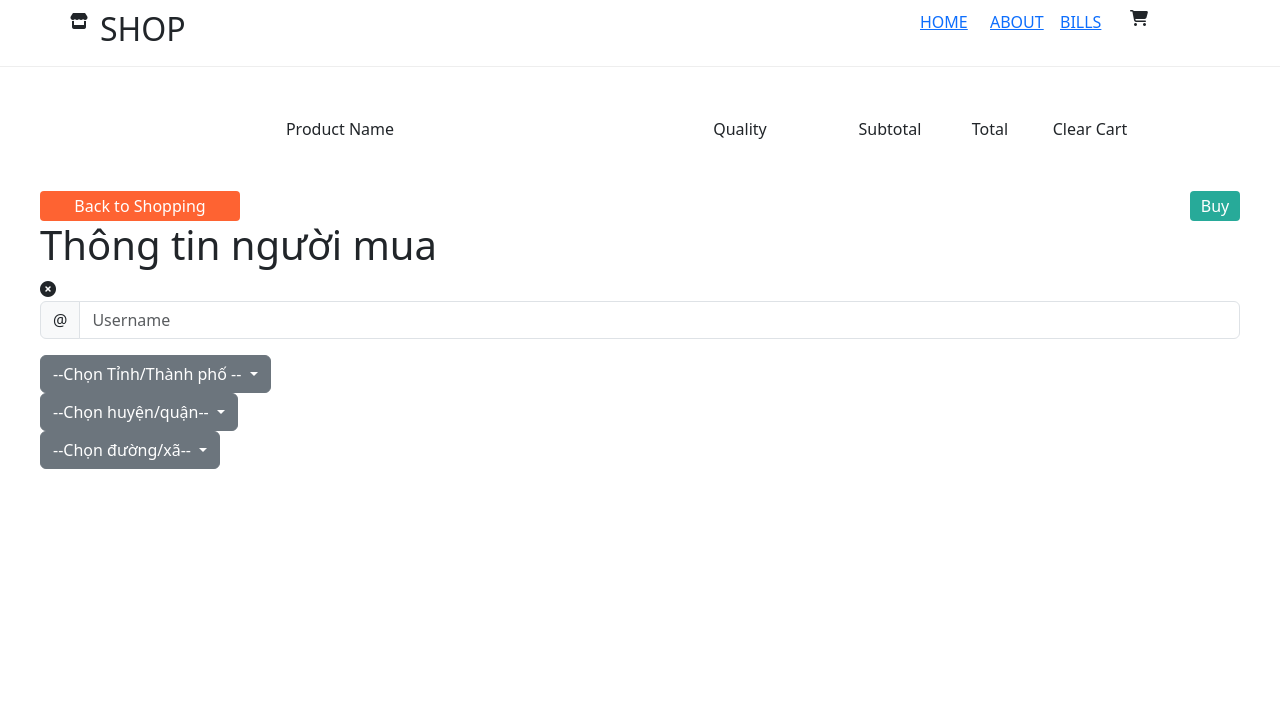
Repository: nguyenhaidang212/danh-sach-ban-hang
Page: index.html
The author's editor kept a copy of each file at every save. The page is drawn from the files as they stood at one save, then again after the next save.
The browser window is 1280 px wide. The pictures show the whole page.
Some web libraries are served in a nearby version.

Above is the page before, as saved 2023-02-10 14:39:31.

### index.html
<!DOCTYPE html>
<html lang="en">
  <head>
    <meta charset="UTF-8" />
    <meta http-equiv="X-UA-Compatible" content="IE=edge" />
    <meta name="viewport" content="width=device-width, initial-scale=1.0" />
    <title>Danh sach ban hang</title>
    <link rel="stylesheet" href="style.css" />
    <script
      src="https://kit.fontawesome.com/2568d54abe.js"
      crossorigin="anonymous"
    ></script>
    <link
      href="https://cdn.jsdelivr.net/npm/bootstrap@5.3.0-alpha1/dist/css/bootstrap.min.css"
      rel="stylesheet"
      integrity="sha384-GLhlTQ8iRABdZLl6O3oVMWSktQOp6b7In1Zl3/Jr59b6EGGoI1aFkw7cmDA6j6gD"
      crossorigin="anonymous"
    />
    <script
      src="https://cdn.jsdelivr.net/npm/bootstrap@5.3.0-alpha1/dist/js/bootstrap.bundle.min.js"
      integrity="sha384-w76AqPfDkMBDXo30jS1Sgez6pr3x5MlQ1ZAGC+nuZB+EYdgRZgiwxhTBTkF7CXvN"
      crossorigin="anonymous"
    ></script>
  </head>
  <body>
    <header>
      <div class="header-title">
        <i class="fas fa-store header-icon-title"></i>
        <h2>SHOP</h2>
      </div>
      <div class="header-menu">
        <div class="header-menu-home">
          <a href="">HOME</a>
        </div>
        <div class="header-menu-about">
          <a href="">ABOUT</a>
        </div>
        <div class="header-menu-bill">
          <a href="">BILLS</a>
        </div>
        <i class="fas fa-shopping-cart buy_display"></i>
      </div>
    </header>

    <!-- Trang giao dien -->
    <main class="main_menu" style="display: none">
      <div class="list"></div>
    </main>
    <!-- Trang danh sach -->
    <main class="main_buy">
      <div class="title">
        <span>Product Name</span><span>Quality</span><span>Subtotal</span
        ><span>Total</span><span>Clear Cart</span>
      </div>
      <div class="buy">
        <button id="back">Back to Shopping</button>
        <button id="buy">Buy</button>
      </div>

      <!-- Trang thanh toan -->
      <div class="buy_form">
        <div class="form_title">
          <h1>Thông tin người mua</h1>
          <i class="fa-solid fa-circle-xmark"></i>
        </div>
        <div class="form_content">
          <div class="form_grid">
            <!-- <div id="name">Họ và tên</div>
            <input type="text" placeholder="Họ" />
            <input type="text" placeholder="Tên" />
            <div id="email">Email</div>
            <input type="text" placeholder="Email" />
            <div id="phone">Số điện thoại</div>
            <input type="text" placeholder="Số điện thoại" />
            <div id="address">Địa chỉ</div> -->
            <div class="input-group mb-3">
              <span class="input-group-text" id="basic-addon1">@</span>
              <input
                type="text"
                class="form-control"
                placeholder="Username"
                aria-label="Username"
                aria-describedby="basic-addon1"
              />
            </div>
            <div class="dropdown">
              <button
                class="btn btn-secondary dropdown-toggle"
                type="button"
                data-bs-toggle="dropdown"
                aria-expanded="false"
              >
                --Chọn Tỉnh/Thành phố --
              </button>
              <ul class="dropdown-menu">
                <li><a class="dropdown-item" href="#">Action</a></li>
                <li><a class="dropdown-item" href="#">Another action</a></li>
                <li>
                  <a class="dropdown-item" href="#">Something else here</a>
                </li>
              </ul>
            </div>
            <div class="dropdown">
              <button
                class="btn btn-secondary dropdown-toggle"
                type="button"
                data-bs-toggle="dropdown"
                aria-expanded="false"
              >
                --Chọn huyện/quận--
              </button>
              <ul class="dropdown-menu">
                <li><a class="dropdown-item" href="#">Action</a></li>
                <li><a class="dropdown-item" href="#">Another action</a></li>
                <li>
                  <a class="dropdown-item" href="#">Something else here</a>
                </li>
              </ul>
            </div>
            <div class="dropdown">
              <button
                class="btn btn-secondary dropdown-toggle"
                type="button"
                data-bs-toggle="dropdown"
                aria-expanded="false"
              >
                --Chọn đường/xã--
              </button>
              <ul class="dropdown-menu">
                <li><a class="dropdown-item" href="#">Action</a></li>
                <li><a class="dropdown-item" href="#">Another action</a></li>
                <li>
                  <a class="dropdown-item" href="#">Something else here</a>
                </li>
              </ul>
            </div>
          </div>
        </div>
      </div>
    </main>
    <script src="main.js"></script>
  </body>
</html>
<!-- <div class="list_buy">
  <div class="buy-name">${e.name}</div>
  <div class="buy-quality">
    <i class="fa-solid fa-minus plus-icon"></i>
    ${e.quality}
    <i class="fa-solid fa-plus minus-icon"></i>
  </div>
  <div class="buy-price">${e.gia}</div>
  <div class="buy-sum">${e.id}</div>
  <div><i class="fa-solid fa-circle-xmark buy-del"></i></div>
</div> -->

### style.css
* {
  padding: 0;
  margin: 0;
  box-sizing: border-box;
}
.form {
  display: inline-grid;
  grid-template-columns: 150px 150px 150px 150px;
  column-gap: 20px;
  row-gap: 20px;
  text-align: center;
  margin-bottom: 20px;
}
header {
  display: flex;
  border-bottom: 1px solid #eee;
  width: 100%;
  padding: 10px 100px 10px;
  justify-content: space-between;
}
.header-title {
  display: flex;
}
h2 {
  font-size: 20px;
}
.header-icon-title {
  position: absolute;
  left: 70px;
  top: 13px;
}
.header-menu {
  display: grid;
  grid-template-columns: 50px 50px 50px 50px;
  column-gap: 20px;
}
a {
  text-decoration: none;
  color: black;
}
main {
  width: 1200px;
  margin: 50px auto;
}
.list {
  display: grid;
  margin: 0 225px;
  grid-template-columns: 180px 180px 180px 180px;
  column-gap: 10px;
  row-gap: 20px;
  text-align: center;
}
.item {
  border: 2px solid #eee;
  position: relative;
}
.item-imgs {
  width: 100%;
  height: 180px;
  display: flex;
  justify-content: center;
  align-items: center;
  margin-bottom: 8px;
  overflow: hidden;
}
.item-img {
  text-align: center;
  width: 100%;
}
.item-title {
  font-size: 20px;
  font-weight: 600;
}
.item-info {
  display: flex;
  justify-content: space-between;
  margin: 5px;
  padding: 0 10px;
  font-size: 12px;
}
.item-icon {
  position: absolute;
  border-radius: 50%;
  width: 30px;
  height: 30px;
  line-height: 30px;
  bottom: 36px;
  right: -4px;
}
.item-add {
  color: #fe6332;
  cursor: pointer;
}
.buy_display {
  cursor: pointer;
}
#back {
  background-color: #fe6332;
  color: white;
  border-radius: 4px;
  width: 200px;
  height: 30px;
  border: none;
  cursor: pointer;
}
#buy {
  background-color: #27aa99;
  color: white;
  border-radius: 4px;
  width: 50px;
  height: 30px;
  border: none;
  cursor: pointer;
}
.title {
  display: grid;
  grid-template-columns: 600px 200px 100px 100px 100px;
  text-align: center;
  margin-bottom: 20px;
}
.list_buy {
  display: flex;
  text-align: center;
  margin-bottom: 12px;
  max-height: 400px;
}
.buy-name {
  width: 600px;
}
.buy-quality {
  width: 200px;
}
.buy-price,
.buy-del,
.buy-sum {
  width: 100px;
}
.buy {
  margin: auto;
  display: flex;
  justify-content: space-between;
  margin-top: 50px;
}
.buy-del {
  color: red;
  cursor: pointer;
}
.plus-icon,
.minus-icon {
  margin: 0 24px;
  cursor: pointer;
  border: 1px solid #eee;
  padding: 4px;
  border-radius: 50%;
}
.plus-icon:hover {
  background-color: #fe6332;
}
.minus-icon:hover {
  background-color: #27aa99;
}

### main.js
const listData = [
  {
    id: 1,
    name: "Quần áo nam",
    so_luong: 100,
    gia: 100,
    src: "https://znews-photo.zadn.vn/w660/Uploaded/ycgmvjvj/2018_03_31/1.jpg",
    quality: 1,
  },
  {
    id: 2,
    name: "Điện thoại",
    so_luong: 200,
    gia: 500,
    src: "https://cdn2.cellphones.com.vn/358x358,webp,q100/media/catalog/product/t/_/t_m_12.png",
    quality: 1,
  },
  {
    id: 3,
    name: "Macbook",
    so_luong: 300,
    gia: 1000,
    src: "https://cdn.tgdd.vn/Products/Images/44/231244/macbook-air-m1-2020-gold-600x600.jpg",
    quality: 1,
  },
  {
    id: 4,
    name: "Máy ảnh",
    so_luong: 400,
    gia: 1200,
    src: "https://www.nguyenkim.com/images/detailed/644/10036326-may-anh-canon-eos-3000d-kit-ef-s-18-55mm-den-1.jpg",
    quality: 1,
  },
  {
    id: 5,
    name: "Đồng hồ",
    so_luong: 500,
    gia: 1400,
    src: "https://cdn1.viettelstore.vn/images/Product/ProductImage/medium/Apple_Watch_SE-Cell-44mm-star1.jpg",
    quality: 1,
  },
  {
    id: 6,
    name: "Giày nam",
    so_luong: 600,
    gia: 1500,
    src: "https://cdn.elly.vn/uploads/2019/08/13121739/giay-nam-cao-cap-da-that-ELLY-EGTM2-5.jpg",
    quality: 1,
  },
  {
    id: 7,
    name: "Tủ lạnh",
    so_luong: 700,
    gia: 1600,
    src: "https://cdn.tgdd.vn/Products/Images/1943/284851/tu-lanh-aqua-inverter-456-lit-aqr-m525xa-fb-600x600.jpg",
    quality: 1,
  },
  {
    id: 8,
    name: "Điều hòa",
    so_luong: 800,
    gia: 1700,
    src: "https://hangdienmaygiare.com/images/products/2020/02/22/large/dieu-hoa-1-chieu-panasonic-n9wkh-8m_1582358300.jpg",
    quality: 1,
  },
  {
    id: 9,
    name: "Máy giặt",
    so_luong: 1000,
    gia: 2000,
    src: "https://hangdienmaygiare.com/images/products/2019/09/03/large/may-giat-electrolux-ewf1042bdwa-10-kg-inverter.jpg",
    quality: 1,
  },
  {
    id: 10,
    name: "Váy đầm nữ",
    so_luong: 2000,
    gia: 300,
    src: "https://luzy.vn/wp-content/uploads/2020/05/LZD10951-18.jpg",
    quality: 1,
  },
  {
    id: 11,
    name: "Mắt kính",
    so_luong: 2100,
    gia: 400,
    src: "https://vn-test-11.slatic.net/p/5e0af4609b84659f759982ac0146f184.jpg_800x800q100.jpg_600x600Q100.jpg",
    quality: 1,
  },
  {
    id: 12,
    name: "Thắt lưng da",
    so_luong: 200,
    gia: 200,
    src: "https://hoianleather.com/wp-content/uploads/2021/04/That-lung-da-bo-that-danh-cho-nam-2.jpg",
    quality: 1,
  },
];
const keyLocalStorageListSP = "DANHSACHSP";
const keyLocalStorageItemCart = "DANHSACHITEMCART";
const listItem = document.querySelector(".list");
const $ = document.body;

localStorage.setItem(keyLocalStorageListSP, JSON.stringify(listData));
const item = JSON.parse(localStorage.getItem(keyLocalStorageListSP));
item.forEach((value) => {
  const template = `<div class="item">
  <div class="item-imgs">
    <img src="${value.src}" alt="" class="item-img"/>
  </div>
  <div class="item-icon"><i class="fa-solid fa-cart-plus item-add"></i></div>
  <div class="item-title">${value.name}</div>
  <div class="item-info">
    <div class="item-price">Giá: ${value.gia}</div>
    <div class="item-quality">Số lượng: ${value.so_luong}</div>
  </div>
</div>`;
  listItem.insertAdjacentHTML("beforeend", template);
});
const itemAdd = document.querySelectorAll(".item-add");
const arrayItemAdd = [];
const mainMenu = document.querySelector(".main_menu");
const mainBuy = document.querySelector(".main_buy");
const buyDiplay = document.querySelector(".buy");
const delItem = document.querySelector(".buy-del");
$.addEventListener("click", (e) => {
  //-----Chuyen trang-----
  if (e.target.matches(".buy_display")) {
    const listItem = JSON.parse(localStorage.getItem(keyLocalStorageItemCart));
    mainMenu.style.display = "none";
    mainBuy.style.display = "block";
    displayItem(listItem);
  }
  if (e.target.matches("#back")) {
    mainMenu.style.display = "block";
    mainBuy.style.display = "none";
    const back = document.querySelector("#back");
    document.querySelectorAll(".list_buy").forEach((e) => {
      e.remove();
    });
  }
  if (e.target.matches("#buy")) {
    // $.style.display = "none";
  }
  //-----Add Item-----
  if (e.target.matches(".item-add")) {
    addItem(e.target);
  }
  //-----Del Item-----
  if (e.target.matches(".buy-del")) {
    const itemDelName =
      e.target.parentNode.previousElementSibling.previousElementSibling
        .previousElementSibling.previousElementSibling;
    delItemBuy(itemDelName);
  }
  //-----Increase/Decrease Item----
  if (e.target.matches(".plus-icon")) {
    const listItem = JSON.parse(localStorage.getItem(keyLocalStorageItemCart));
    listItem.forEach((value) => {
      if (
        value.name == e.target.parentNode.previousElementSibling.textContent
      ) {
        value.soluong++;
      }
    });
    localStorage.setItem(keyLocalStorageItemCart, JSON.stringify(listItem));
    console.log(listItem);
    const listBuy = document.querySelectorAll(".list_buy");
    listBuy.forEach((e) => {
      e.remove();
    });
    displayItem(listItem);
  }
  if (e.target.matches(".minus-icon")) {
    const listItem = JSON.parse(localStorage.getItem(keyLocalStorageItemCart));
    listItem.forEach((value, i) => {
      if (
        value.name == e.target.parentNode.previousElementSibling.textContent
      ) {
        value.soluong--;
        if (value.soluong == 0) {
          listItem.splice(i, 1);
        }
      }
    });
    console.log(listItem);
    localStorage.setItem(keyLocalStorageItemCart, JSON.stringify(listItem));
    const listBuy = document.querySelectorAll(".list_buy");
    listBuy.forEach((e) => {
      e.remove();
    });
    displayItem(listItem);
  }
});

// // -----Them san pham-----
function addItem(value) {
  item.forEach((e) => {
    if (e.name == value.parentNode.nextElementSibling.textContent) {
      const object = {
        id: e.id,
        soluong: e.quality,
        name: e.name,
        price: e.gia,
      };
      arrayItemAdd.forEach((e, i) => {
        if (object.id == e.id) {
          object.soluong = e.soluong + 1;
          arrayItemAdd.splice(i, 1);
        }
      });
      arrayItemAdd.push(object);
    }
  });
  localStorage.setItem(keyLocalStorageItemCart, JSON.stringify(arrayItemAdd));
}

// //-----Hien thi san pham da mua-----
function displayItem(arr) {
  arr.forEach((e) => {
    item.forEach((value) => {
      if (value.id == e.id) {
        const price = Number(e.price) * Number(e.soluong);
        buyDiplay.insertAdjacentHTML(
          "beforebegin",
          `<div class="list_buy">
        <div class="buy-name">${value.name}</div>
        <div class="buy-quality">
        <i class="fa-solid fa-minus minus-icon"></i>
        ${e.soluong}
        <i class="fa-solid fa-plus plus-icon"></i>
        </div>
        <div class="buy-price">${value.gia}</div>
        <div class="buy-sum">${price}</div>
        <div><i class="fa-solid fa-circle-xmark buy-del"></i></div>
      </div>`
        );
      }
    });
  });
}

// //-----Xoa san pham-----
function delItemBuy(name) {
  name.parentNode.remove();
  arrayItemAdd.forEach((e, i) => {
    if (e.name == name.textContent) {
      arrayItemAdd.splice(i, 1);
    }
  });
  localStorage.setItem(keyLocalStorageItemCart, JSON.stringify(arrayItemAdd));
}
// localStorage.clear();

After the next save:
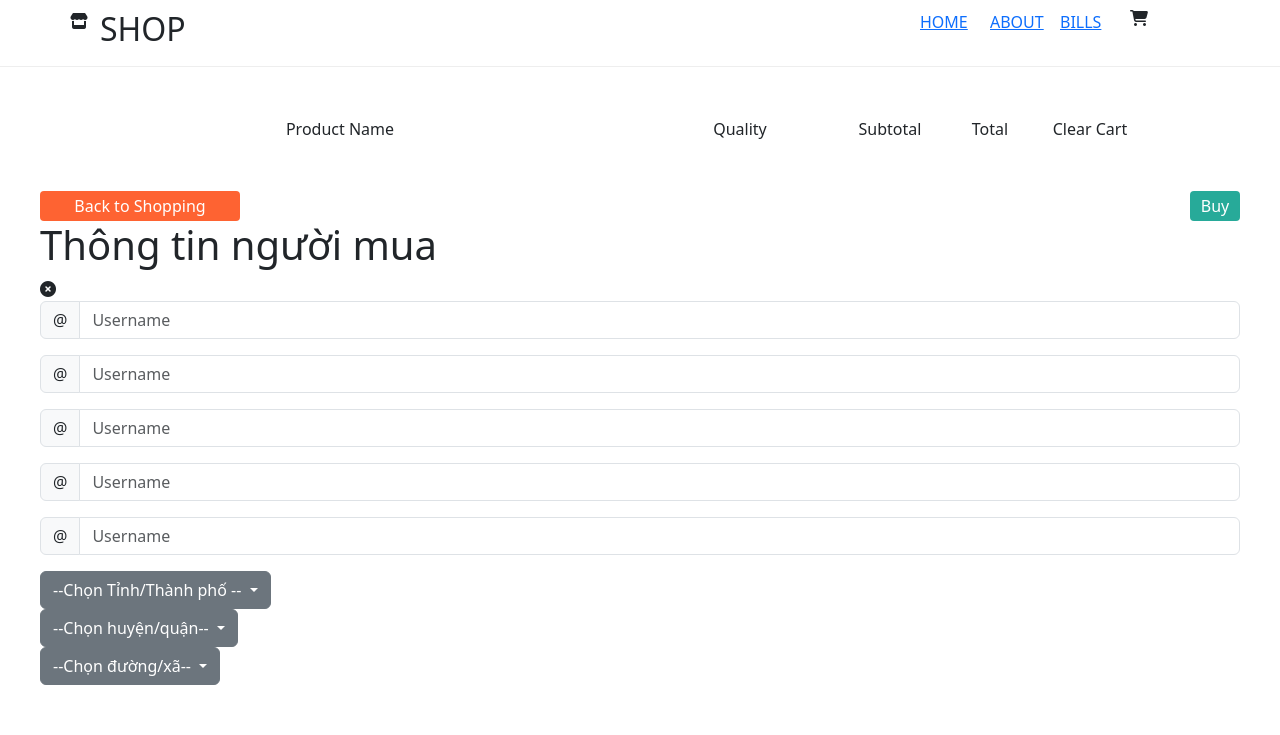
Saved 16 s later.
--- a/index.html
+++ b/index.html
@@ -83,6 +83,46 @@
                 aria-describedby="basic-addon1"
               />
             </div>
+            <div class="input-group mb-3">
+              <span class="input-group-text" id="basic-addon1">@</span>
+              <input
+                type="text"
+                class="form-control"
+                placeholder="Username"
+                aria-label="Username"
+                aria-describedby="basic-addon1"
+              />
+            </div>
+            <div class="input-group mb-3">
+              <span class="input-group-text" id="basic-addon1">@</span>
+              <input
+                type="text"
+                class="form-control"
+                placeholder="Username"
+                aria-label="Username"
+                aria-describedby="basic-addon1"
+              />
+            </div>
+            <div class="input-group mb-3">
+              <span class="input-group-text" id="basic-addon1">@</span>
+              <input
+                type="text"
+                class="form-control"
+                placeholder="Username"
+                aria-label="Username"
+                aria-describedby="basic-addon1"
+              />
+            </div>
+            <div class="input-group mb-3">
+              <span class="input-group-text" id="basic-addon1">@</span>
+              <input
+                type="text"
+                class="form-control"
+                placeholder="Username"
+                aria-label="Username"
+                aria-describedby="basic-addon1"
+              />
+            </div>
             <div class="dropdown">
               <button
                 class="btn btn-secondary dropdown-toggle"
